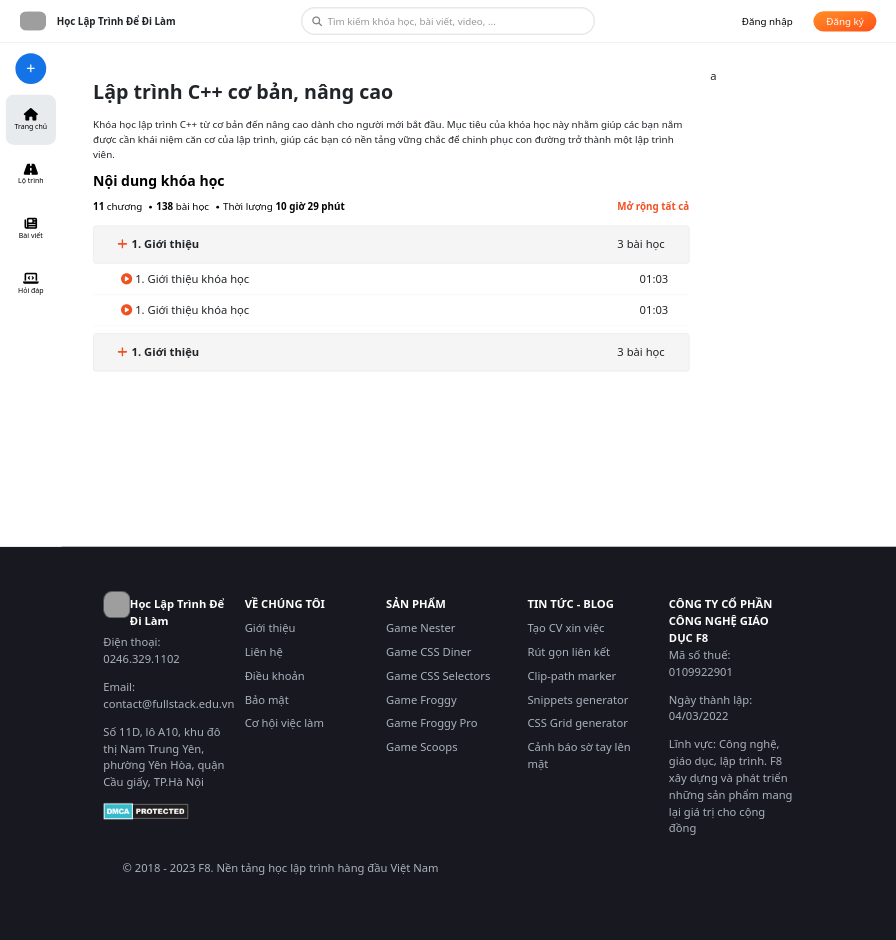
Repository: Quoc-Thang/projectasm
Page: introcourse.html
An editor plug-in stored every save of this project. The page is shown before and after the next save, followed by the edit.
The browser window is 1280 px wide. The pictures show the whole page, at 70% of full size.
Pictures or frames that could not be fetched are drawn as grey boxes. Some web libraries are served in a nearby version.

Above is the page before, as saved 2023-11-30 22:12:01.

After the next save:
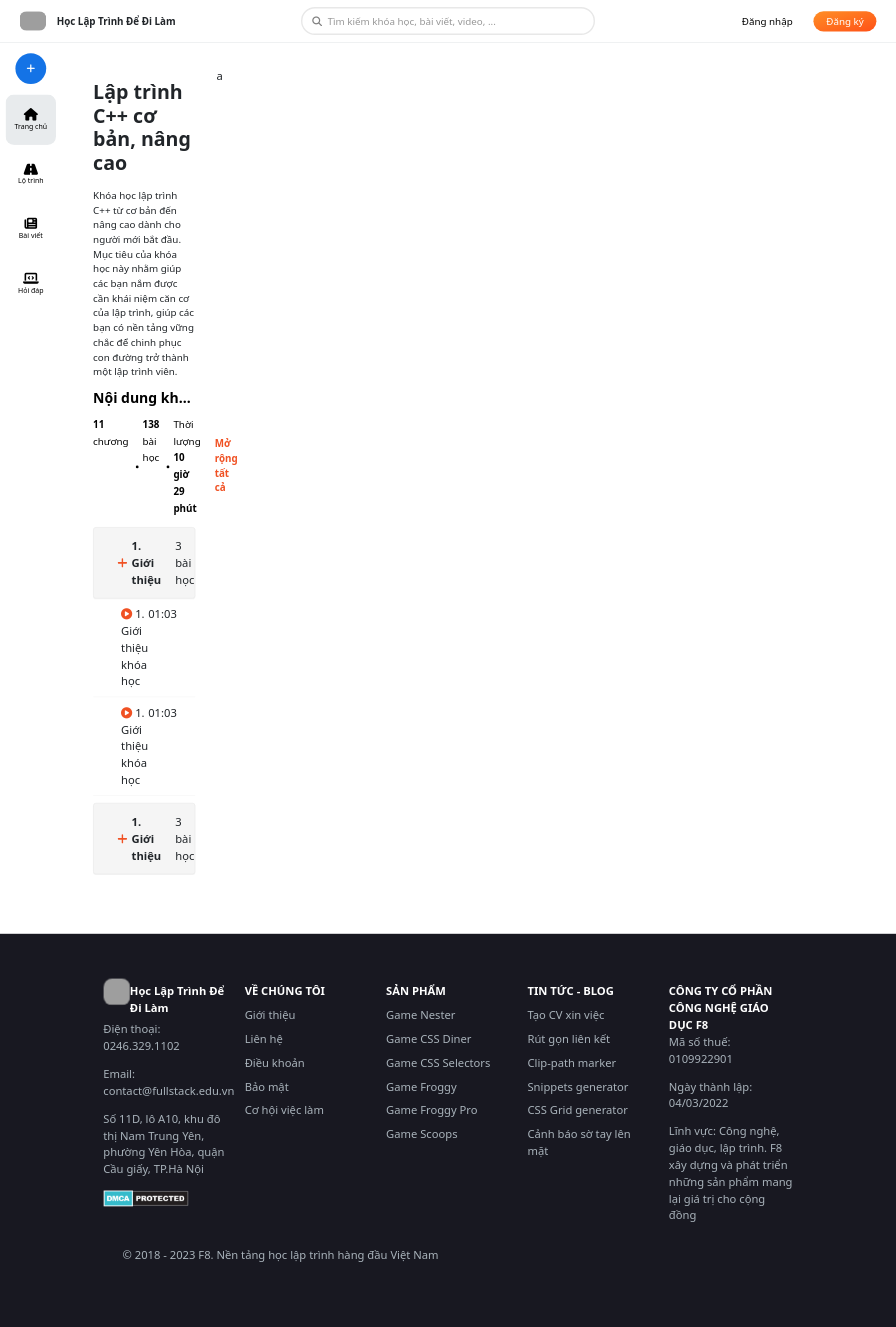
Saved 80 s later.
--- a/view/assets/css/introcourse.css
+++ b/view/assets/css/introcourse.css
@@ -134,35 +134,8 @@
   border-radius: 50%;
 }
 
-.video-course figure {
-  display: flex;
-  position: relative;
-  justify-content: center;
-  align-items: center;
-}
-
-.video-course figure img {
-  border-radius: 20px;
-}
-
-.video-course figcaption {
-  position: absolute;
-  top: 50%;
-  left: 50%;
-  transform: translate(-50%, -50%);
-  text-align: center;
-  background: linear-gradient(
-    180deg,
-    rgba(30, 30, 28, 0),
-    rgba(30, 30, 28, 0.9)
-  );
-  width: 100%;
-  height: 100%;
-  display: flex;
-  justify-content: center;
-  align-items: center;
-  flex-direction: column;
-  border-radius: 20px;
+.intro-course {
+  width: 20%;
 }
 
 .play-video {

After the 2 saves that followed:
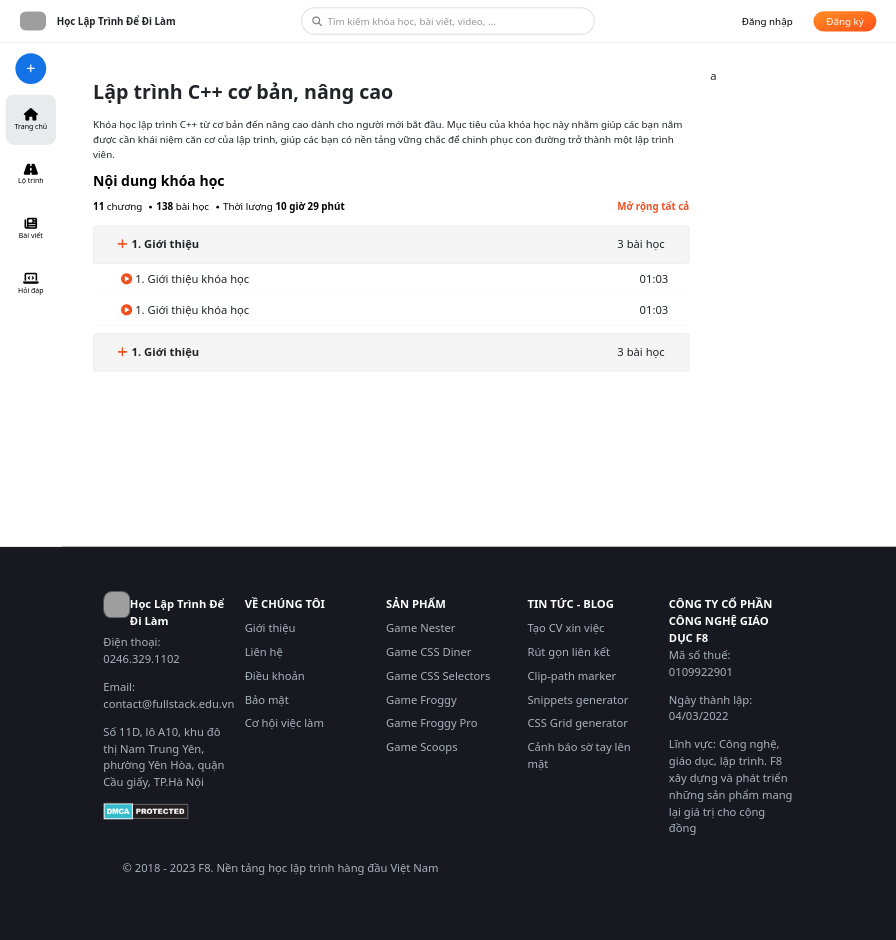
The 2 saves are shown as one change because 1 left the picture as it was.
The last was saved 24 s later.
--- a/introcourse.html
+++ b/introcourse.html
@@ -309,7 +309,7 @@
                   </div>
                 </div>
               </div>
-              <div class="intro-course">
+              <div class="intro-video-course">
                 a
               </div>
             </div>
--- a/view/assets/css/introcourse.css
+++ b/view/assets/css/introcourse.css
@@ -134,7 +134,7 @@
   border-radius: 50%;
 }
 
-.intro-course {
+.intro-video-course {
   width: 20%;
 }
 
